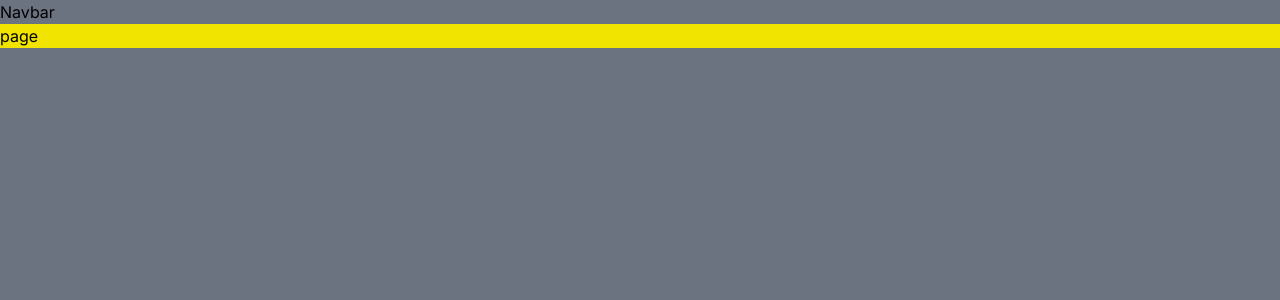
Repository: aldovelacasas/PF_RentCar2
Page: /
These files come from the project's save history. The page is drawn as it stood at one moment and after the next save; the edit follows.
The browser window is 1280 px wide. The pictures show the whole page.
The project was rebuilt for these pictures with package versions that can differ from the ones it lists, and the page was loaded fresh each time. The framework's server and built-in components were replaced by stand-ins that run in the browser. Also part of the build but not shown: next.config.js.

Above is the page before, as saved 2023-08-29 18:18:40.

### src/app/layout.jsx
import './globals.css'
import { Inter } from 'next/font/google'

const inter = Inter({ subsets: ['latin'] })

export const metadata = {
  title: 'Create Next App',
  description: 'Generated by create next app',
}

export default function RootLayout({ children }) {
  return (
    <html lang="en">
      <body className={inter.className}>
        <h1>Navbar</h1>
        <div className='h-[calc(100vh-5rem)]'>{children}</div>
        </body>
    </html>
  )
}

### src/app/page.jsx
function page() {
  return <div className="bg-amarillo_status">page</div>;
}

export default page;

### src/app/globals.css
@tailwind base;
@tailwind components;
@tailwind utilities;

body {
   @apply bg-gray-500; /* Fondo más claro */
   color: gray-800; /* Texto oscuro */
}

### tailwind.config.js
/** @type {import('tailwindcss').Config} */
module.exports = {
  content: [
    "./src/pages/**/*.{js,ts,jsx,tsx,mdx}",
    "./src/components/**/*.{js,ts,jsx,tsx,mdx}",
    "./src/app/**/*.{js,ts,jsx,tsx,mdx}",
  ],
  theme: {
    extend: {
      backgroundImage: {
        "gradient-radial": "radial-gradient(var(--tw-gradient-stops))",
        "gradient-conic":
          "conic-gradient(from 180deg at 50% 50%, var(--tw-gradient-stops))",
      },
      colors: {
        gris_fondo: "#dbdbdb",
        gris_frente: "#e9e9e9",
        negro_fondo: "#282828",
        naranja_enf: "#ea4f39",
        rojo_status: "#e30613",
        verde_status: "#4aaf4d",
        amarillo_status: "#f0e400",
      },
    },
  },
  plugins: [],
};

After the next save:
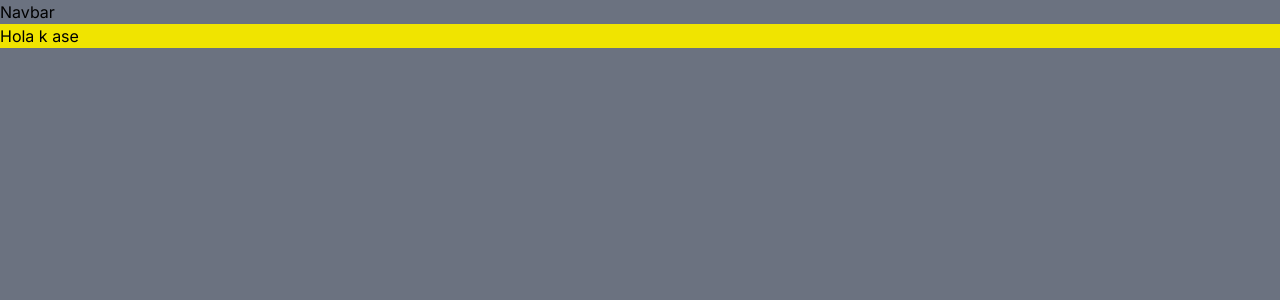
Saved 51 s later.
--- a/src/app/page.jsx
+++ b/src/app/page.jsx
@@ -1,5 +1,9 @@
 function page() {
-  return <div className="bg-amarillo_status">page</div>;
+  return (
+    <div className="bg-amarillo_status">
+      <p>Hola k ase</p>
+    </div>
+  );
 }
 
 export default page;
